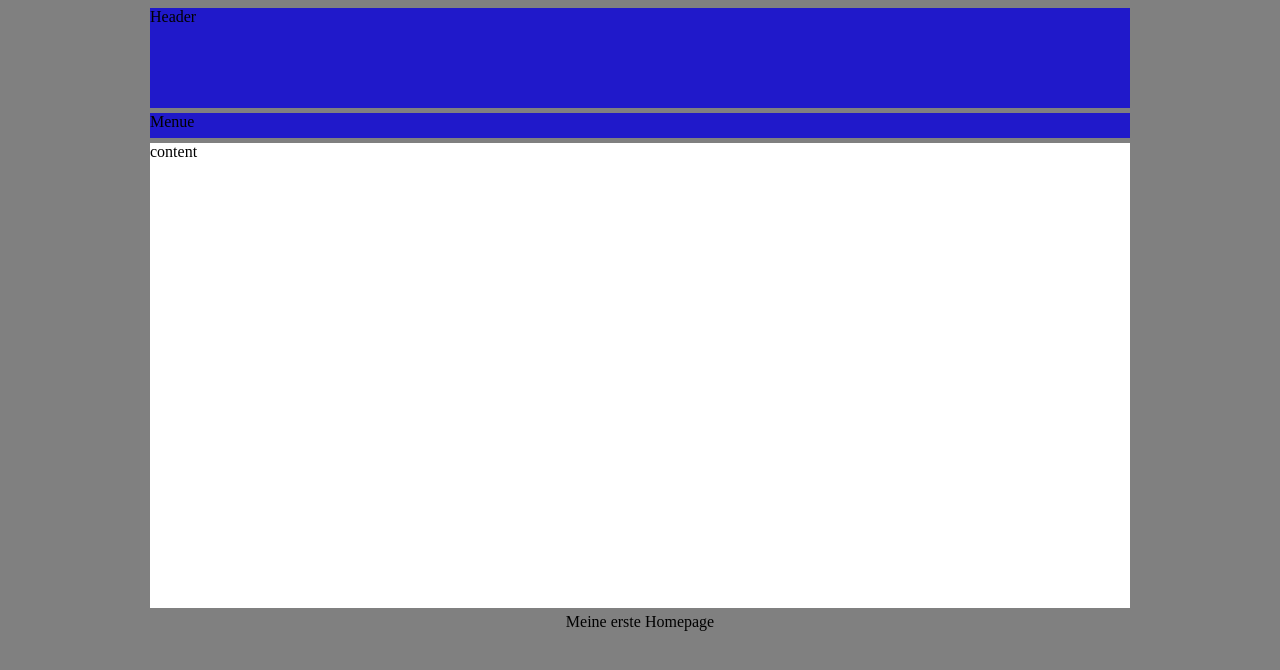
Repository: WebtechTeam7/RentMyStuff
Page: Code/Homepage_Test1/WebContent/META-INF/Index.html
The author's editor kept a copy of each file at every save. The page is drawn from the files as they stood at one save, then again after the next save.
The browser window is 1280 px wide. The pictures show the whole page.

Above is the page before, as saved 2014-10-16 14:37:58.

### Code/Homepage_Test1/WebContent/META-INF/Index.html
<!DOCTYPE HTML PUBLIC "-//W3C//DTD HTML 4.01 Transitional//EN" "http://www.w3.org/TR/html4/loose.dtd">
<html>
<head>
<title>Verschenk's Konstanz</title>
<meta name="description"
	content="Die Homepage dient dazu Dinge in Konstanz zu verschenken">
<meta name="keywords" content="Konstanz Verschenken ">
<meta name="author" content="Dennis">
<link rel="stylesheet" type="text/css" href="Mystyle.css">
</head>
<body>


	<div id="wrapper" class="shadow">
		<div id="header">Header</div>

		<div id="menue">Menue</div>

		<div id="content">content</div>
	</div>

	<div id="footer">Meine erste Homepage</div>



</body>
</html>

### Code/Homepage_Test1/WebContent/META-INF/Mystyle.css
body{
	background-color: grey;
}
#wrapper{
 margin-left:auto;
 margin-right:auto;
 //background-color:green;
 width:980px;
 height:600px;
}

#header{
 width:100%;
 height:100px;
 background-color:#2019CA;
 margin-bottom: 5px;
 }

#menue{
 width:100%;;
 height:25px;
 background-color:#2019CA;
 margin-bottom: 5px;
 }

#content{
 width:100%;
 height:465px;
 background-color: white;
 }

 #footer{
 width:980px;
 height:50px;
 //background-color:#2019CA;
 margin-left:auto;
 margin-right:auto;
 margin-top: 5px;
 text-align: center;

 }

 // Klassen:

 .shadow{
-moz-box-shadow: 10px 10px 5px #888;
-webkit-box-shadow: 10px 10px 5px #888;
box-shadow: 10px 10px 5px #888;


 }

After the next save:
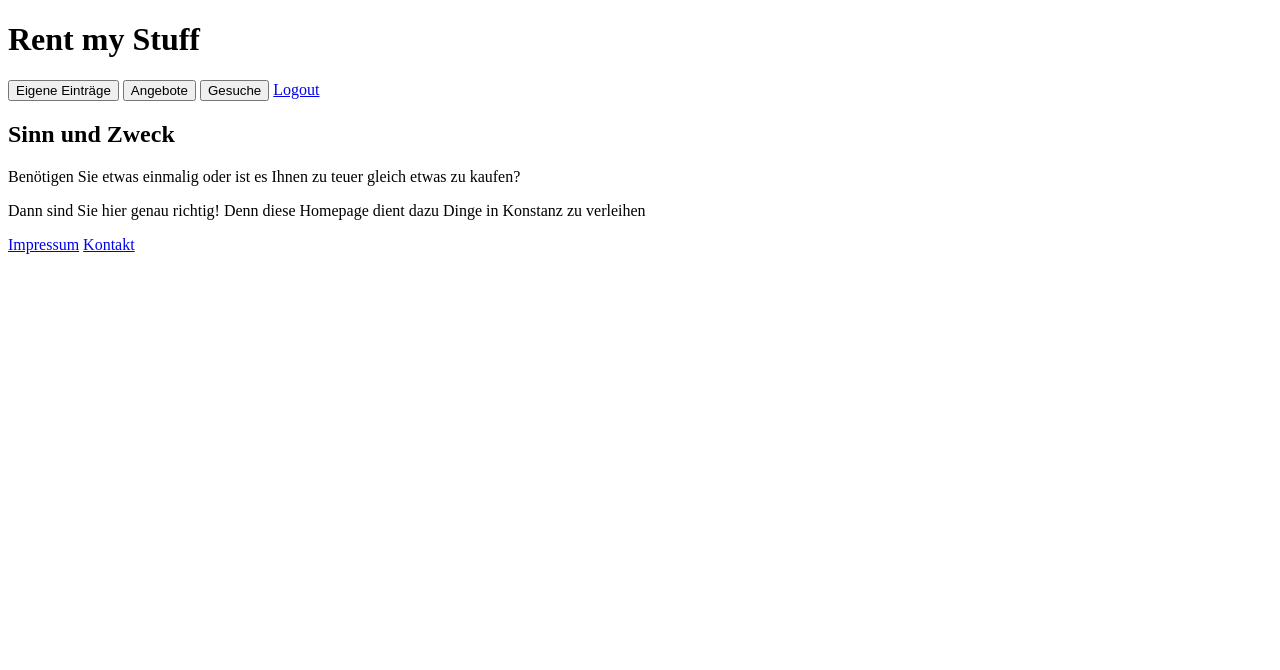
Saved 2 min 13 s later.
--- a/Code/Homepage_Test1/WebContent/META-INF/Index.html
+++ b/Code/Homepage_Test1/WebContent/META-INF/Index.html
@@ -1,27 +1,35 @@
 <!DOCTYPE HTML PUBLIC "-//W3C//DTD HTML 4.01 Transitional//EN" "http://www.w3.org/TR/html4/loose.dtd">
 <html>
 <head>
-<title>Verschenk's Konstanz</title>
+<title>Rent my Stuff</title>
 <meta name="description"
 	content="Die Homepage dient dazu Dinge in Konstanz zu verschenken">
 <meta name="keywords" content="Konstanz Verschenken ">
 <meta name="author" content="Dennis">
-<link rel="stylesheet" type="text/css" href="Mystyle.css">
+<!--<link rel="stylesheet" type="text/css" href="Mystyle.css"> -->
 </head>
 <body>
 
+	<header>
+	<h1>Rent my Stuff</h1>
+	</header>
 
-	<div id="wrapper" class="shadow">
-		<div id="header">Header</div>
-
-		<div id="menue">Menue</div>
-
-		<div id="content">content</div>
-	</div>
-
-	<div id="footer">Meine erste Homepage</div>
+	<nav>
+	<button onclick="window.location.href='/page2'">Eigene Einträge</button>
+	<button onclick="window.location.href='/page2'">Angebote</button>
+	<button onclick="window.location.href='/page2'">Gesuche</button>
+	<a href="/logout">Logout</a>
+	</nav>
 
 
-
+	<section> <article>
+	<h2>Sinn und Zweck</h2>
+	<p>Benötigen Sie etwas einmalig oder ist es Ihnen zu teuer gleich
+		etwas zu kaufen?</p>
+	<p>Dann sind Sie hier genau richtig! Denn diese Homepage dient dazu
+		Dinge in Konstanz zu verleihen</p>
+	</article> </section> <footer>
+	<a href="/Impressum">Impressum</a> <a href="/Kontakt">Kontakt</a>
+	</footer>
 </body>
 </html>
